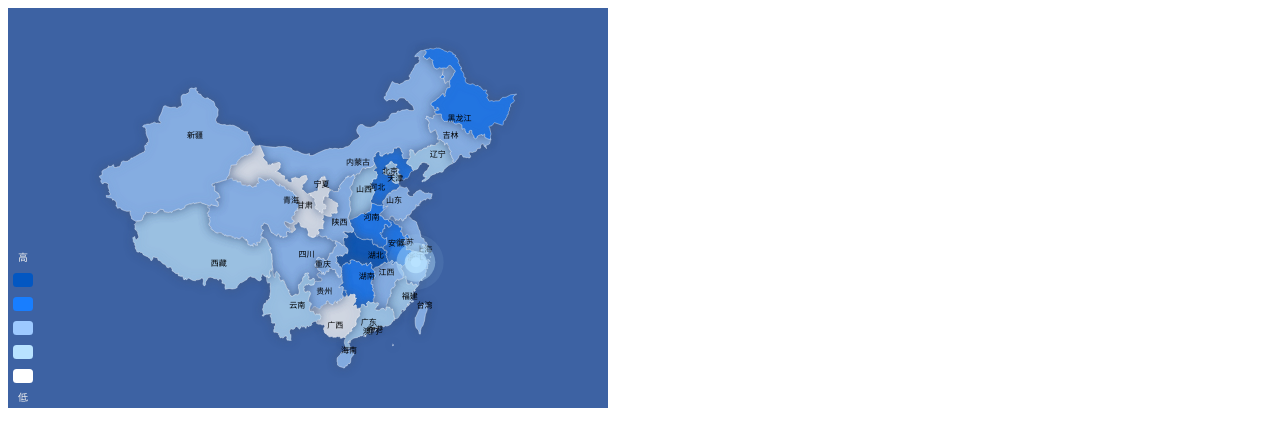
Repository: 572031690/echartssimple
Page: 21.地图常见效果_地图和散点图结合.html
An editor plug-in stored every save of this project. The page is shown before and after the next save, followed by the edit.
The browser window is 1280 px wide. The pictures show the whole page.

Above is the page before, as saved 2021-08-11 12:23:23.

After the next save:
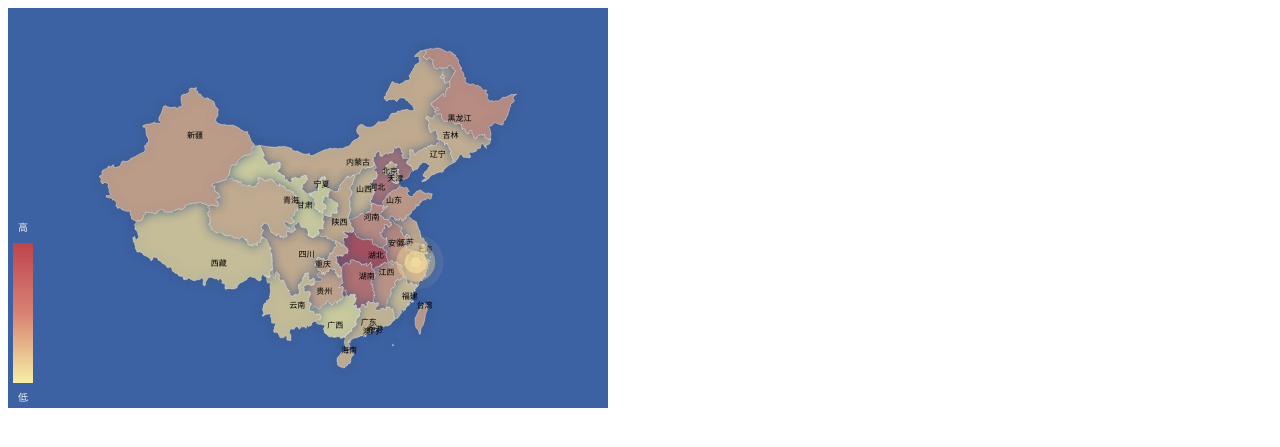
Saved 75 s later.
--- a/21.地图常见效果_地图和散点图结合.html
+++ b/21.地图常见效果_地图和散点图结合.html
@@ -107,6 +107,7 @@
           }
         ],
         visualMap: {
+          type: 'continuous',
           min: 0,
           max: 300,
           text: ['高', '低'],//两端的文本，如 ['High', 'Low']

After the save that followed:
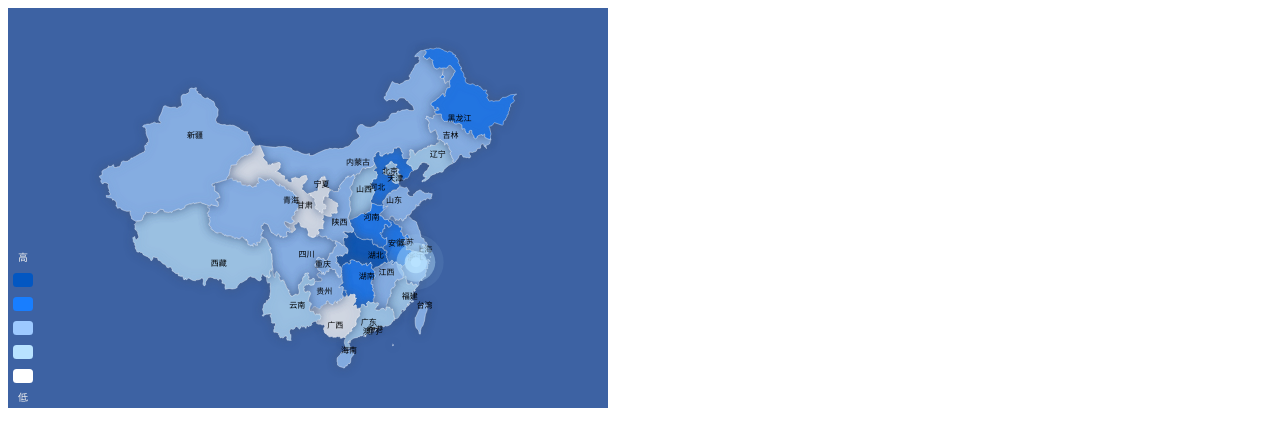
Saved 32 s later.
--- a/21.地图常见效果_地图和散点图结合.html
+++ b/21.地图常见效果_地图和散点图结合.html
@@ -107,7 +107,7 @@
           }
         ],
         visualMap: {
-          type: 'continuous',
+          // type: 'continuous',
           min: 0,
           max: 300,
           text: ['高', '低'],//两端的文本，如 ['High', 'Low']
